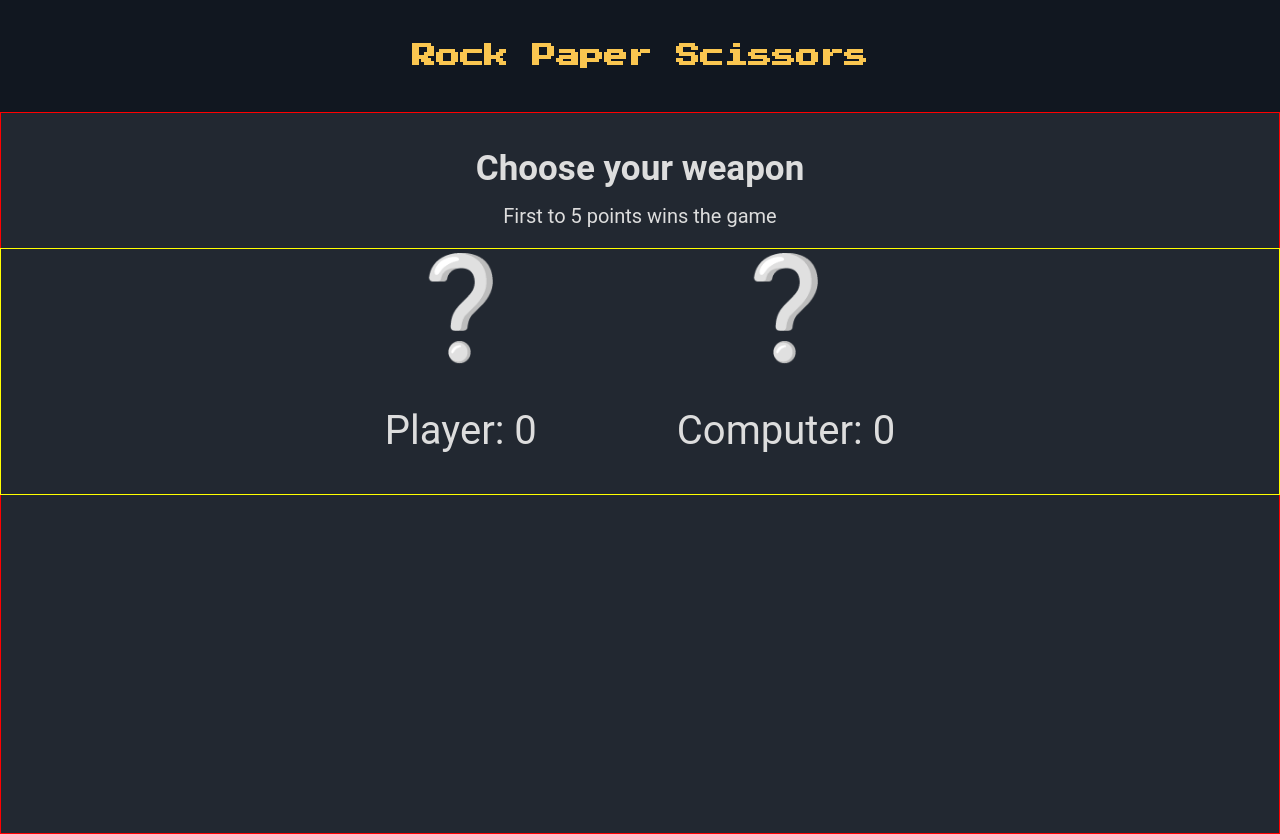
Repository: Aaryan-Poria/Rock-Paper-Scissors
Page: index.html
The author's editor kept a copy of each file at every save. The page is drawn from the files as they stood at one save, then again after the next save.
The browser window is 1280 px wide. The pictures show the whole page.

Above is the page before, as saved 2023-08-22 23:01:02.

### index.html
<!DOCTYPE html>
<html lang="en">
  <head>
    <meta charset="UTF-8" />
    <meta name="viewport" content="width=device-width, initial-scale=1.0" />
    <title>Rock Paper Scissors</title>
    <link rel="preconnect" href="https://fonts.googleapis.com" />
    <link rel="preconnect" href="https://fonts.gstatic.com" crossorigin />
    <link
      href="https://fonts.googleapis.com/css2?family=Press+Start+2P&display=swap"
      rel="stylesheet"
    />
    <link rel="stylesheet" href="style.css" />
  </head>

  <body>
    <section class="head">
      <h2>Rock Paper Scissors</h2>
    </section>
    <section class="main">
      <div class="main-text">
        <h3>Choose your weapon</h3>
        <p>First to 5 points wins the game</p>
      </div>
      <div class="text-content">
        <div class="info player">
          <p class="qmark 1">❔</p>
          <p class="score 1">Player: 0</p>
        </div>
        <div class="info comp">
          <p class="qmark 2">❔</p>
          <p class="score 2">Computer: 0</p>
        </div>
      </div>
    </section>
  </body>
</html>

### style.css
body {
  margin: 0;
  padding: 0;
  display: flex;
  flex-direction: column;
  min-height: 100%;
  min-width: 100%;
}
.head {
  display: flex;
  justify-content: center;
  align-items: center;
  color: #fac650;
  background-color: #111720;
  font-family: "Press Start 2P", cursive;
  height: 7rem;
}
.main {
  display: flex;
  flex-grow: 1;
  height: 100vh;
  flex-direction: column;
  background-color: #222831;
  color: #dddddd;
  font-family: "Roboto", sans-serif;
  align-items: center;
  border: 1px solid red;
}

.main-text {
  /* border: 1px solid green; */
  display: flex;
  flex-direction: column;
  justify-content: center;
  align-items: center;
}
.main-text > h3 {
  font-size: 35px;
}
.main-text > p {
  font-size: 20px;
  margin-top: -20px;
}
.text-content {
  display: flex;
  width: 100%;
  border: 1px solid yellow;
  display: flex;
  font-size: 40px;
  justify-content: center;
  align-items: center;
  gap: 140px;
}
.info {
  display: flex;
  flex-direction: column;
  justify-content: center;
  align-items: center;
}
.qmark {
  margin: 0;
  padding: 0;
  font-size: 100px;
}

After the next save:
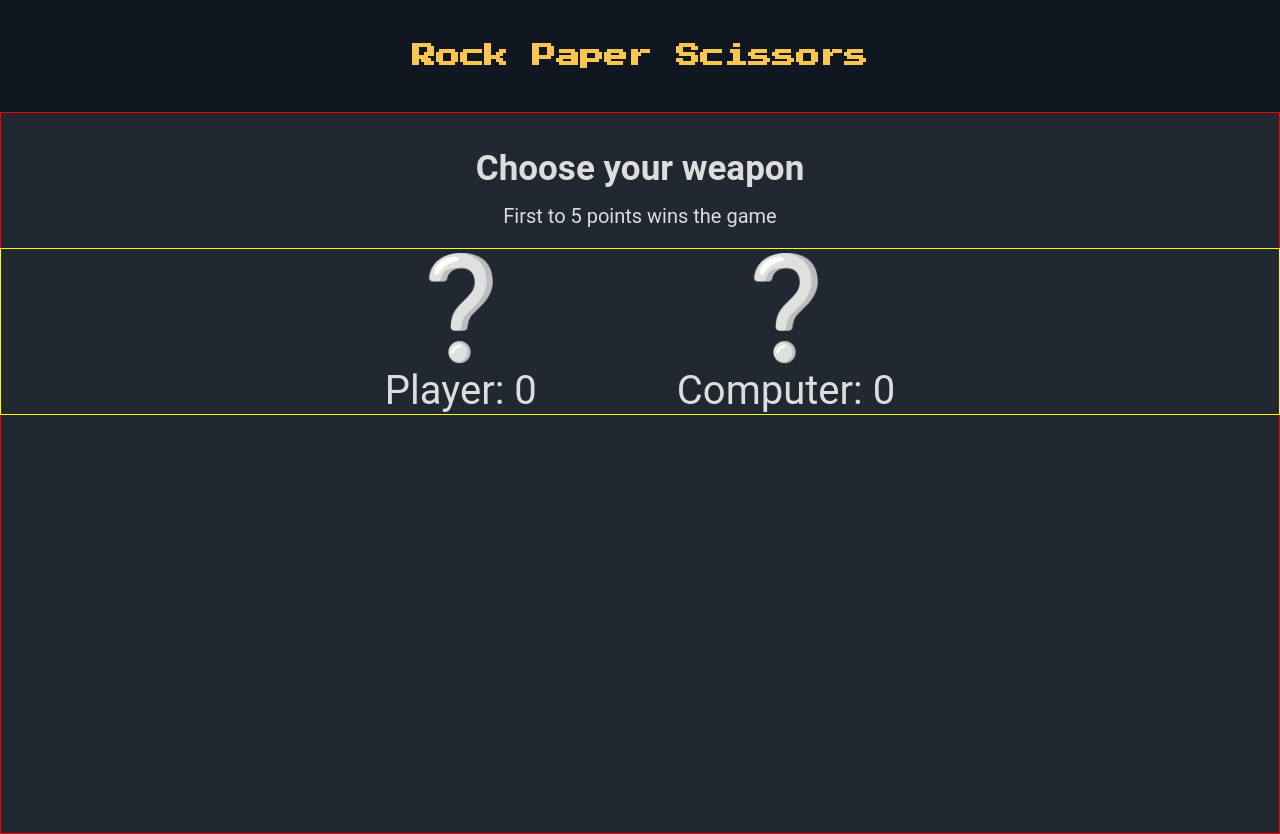
Saved 58 s later.
--- a/style.css
+++ b/style.css
@@ -62,3 +62,6 @@ body {
   padding: 0;
   font-size: 100px;
 }
+.score {
+  margin: 0;
+}
